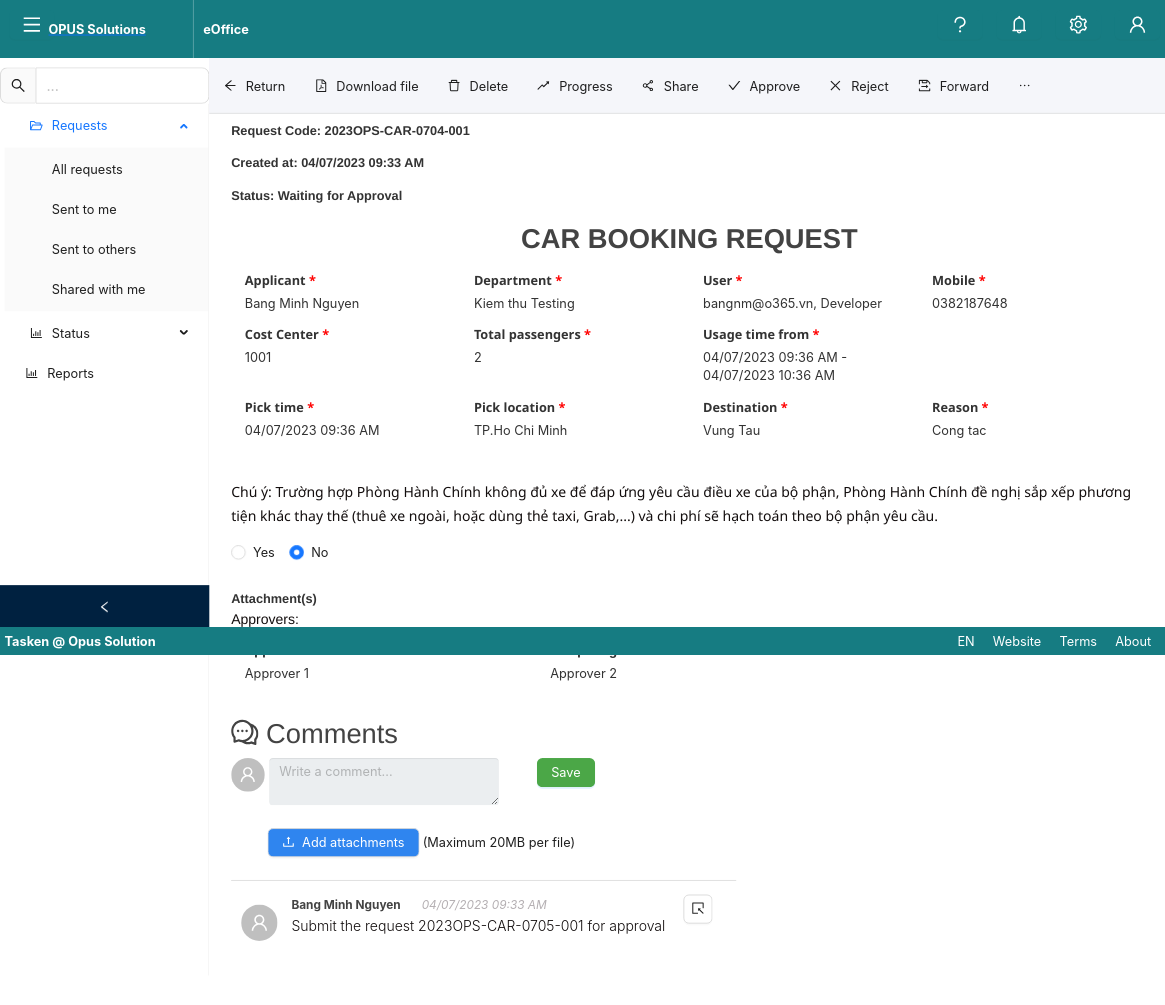
Repository: vannam272008/car-booking
Page: /request/detail
An editor plug-in stored every save of this project. The page is shown before and after the next save, followed by the edit.
The browser window is 1280 px wide. The pictures show the whole page, at 91% of full size.
The project was rebuilt for these pictures with package versions that can differ from the ones it lists, and the page was loaded fresh each time. Also part of the build but not shown: src/Pages/ManageRequest/index.css, src/Pages/ManageRequest/ManageRequest.tsx, src/Components/AddRequest/MenuAdd/index.tsx, src/Components/AddRequest/AddRequest/addRequest.css, src/Components/AddRequest/AddRequest/index.tsx. Imported but missing from the stored project, and not drawn on this page: src/Pages/Home.

Above is the page before, as saved 2023-07-09 21:27:32.

After the next save:
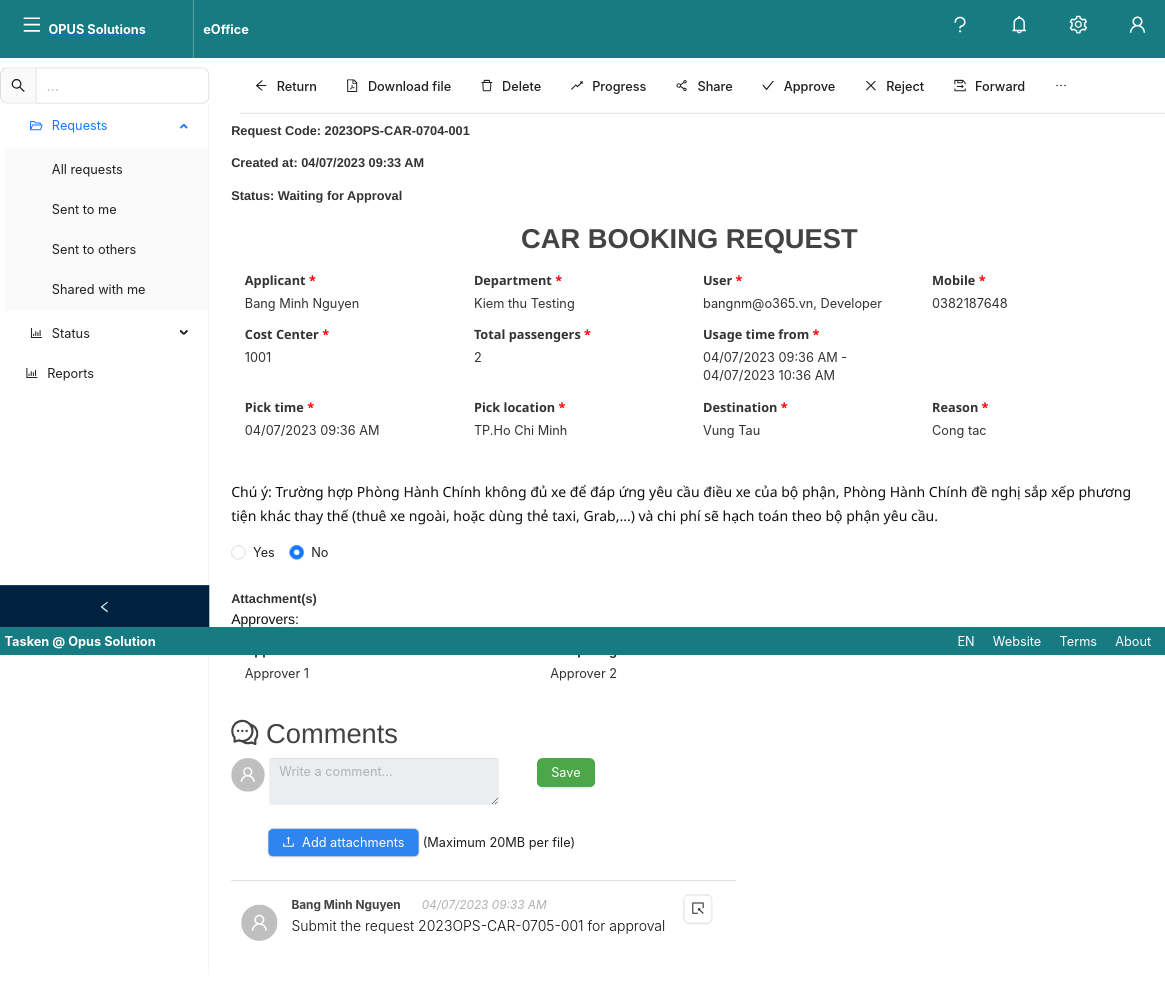
Saved 4 min 43 s later.
--- a/src/Components/DetailRequest/Menu/menu.css
+++ b/src/Components/DetailRequest/Menu/menu.css
@@ -13,7 +13,7 @@
     margin-left: -24px;
 }
 
-.fixed-menu .Menu.Item {
+.fixed-menu{
     white-space: nowrap;
     margin: 0 10px;
     color: #8894A1;

After the save that followed:
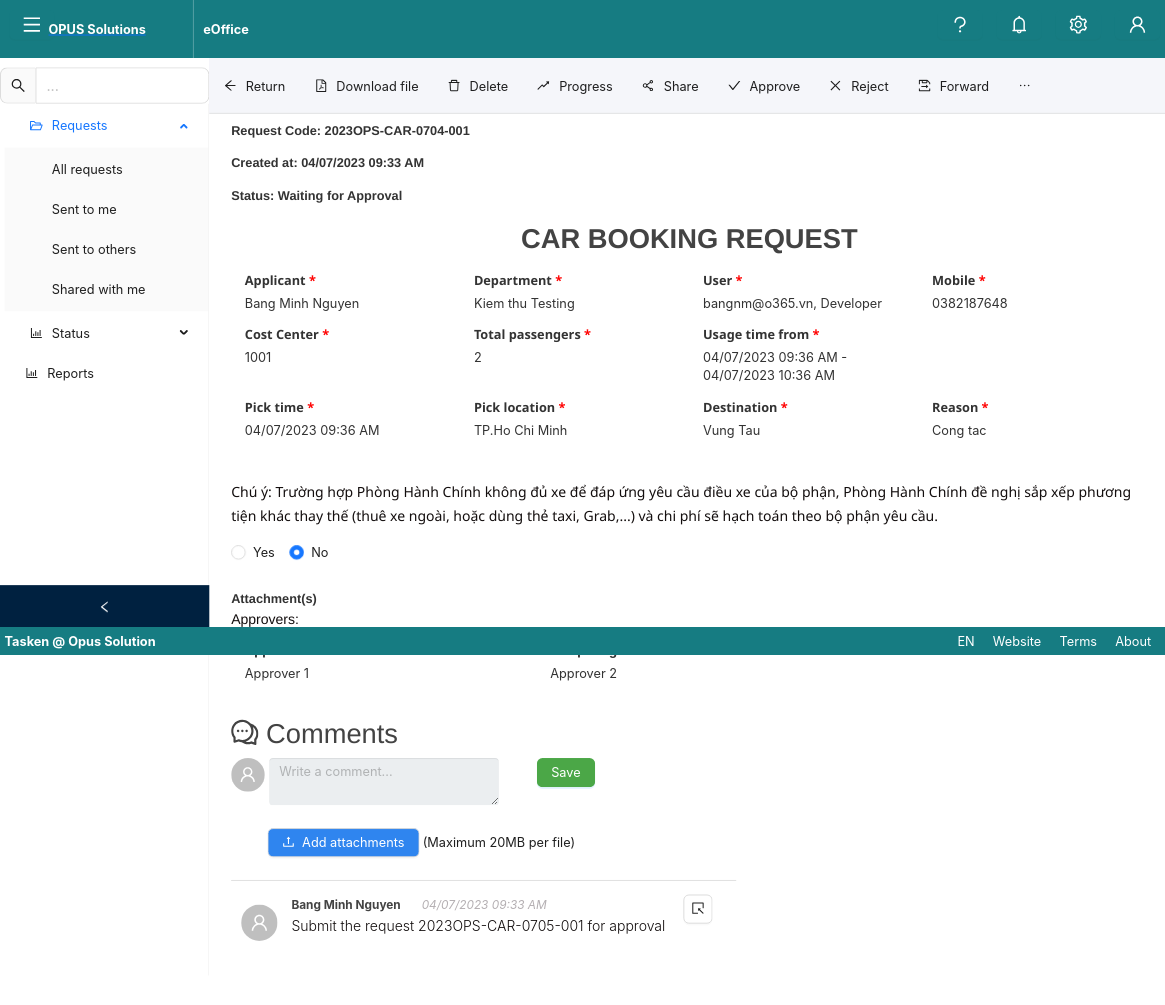
Saved 9 s later.
--- a/src/Components/DetailRequest/Menu/menu.css
+++ b/src/Components/DetailRequest/Menu/menu.css
@@ -13,7 +13,7 @@
     margin-left: -24px;
 }
 
-.fixed-menu{
+.fixed-menu .Menu.Item {
     white-space: nowrap;
     margin: 0 10px;
     color: #8894A1;
